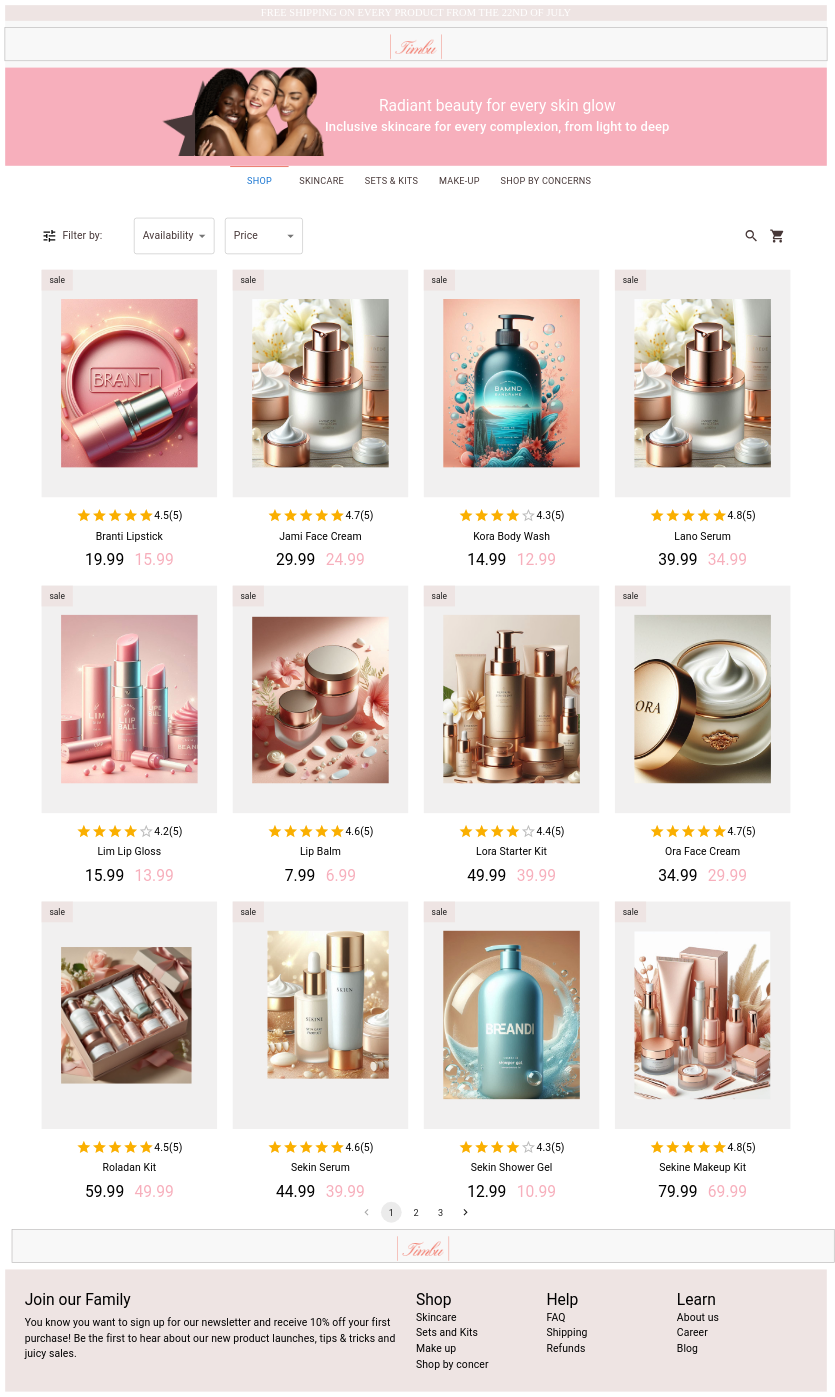
Repository: Armstrong2035/hng-project-two
Page: / (app in timbu-store/)
These files come from the project's save history. The page is drawn as it stood at one moment and after the next save; the edit follows.
The browser window is 1280 px wide. The page is 1284 px wide, so the pictures cover 1284 px, including what lies to the right of the window. The pictures show the whole page, at 65% of full size.
The project was rebuilt for these pictures with package versions that can differ from the ones it lists, and the page was loaded fresh each time. The framework's server and built-in components were replaced by stand-ins that run in the browser. Also part of the build but not shown: timbu-store/next.config.mjs, timbu-store/src/app/fonts.css, timbu-store/components/Products/FiltersMobile.js.

Above is the page before, as saved 2024-07-10 01:19:23.

After the next save:
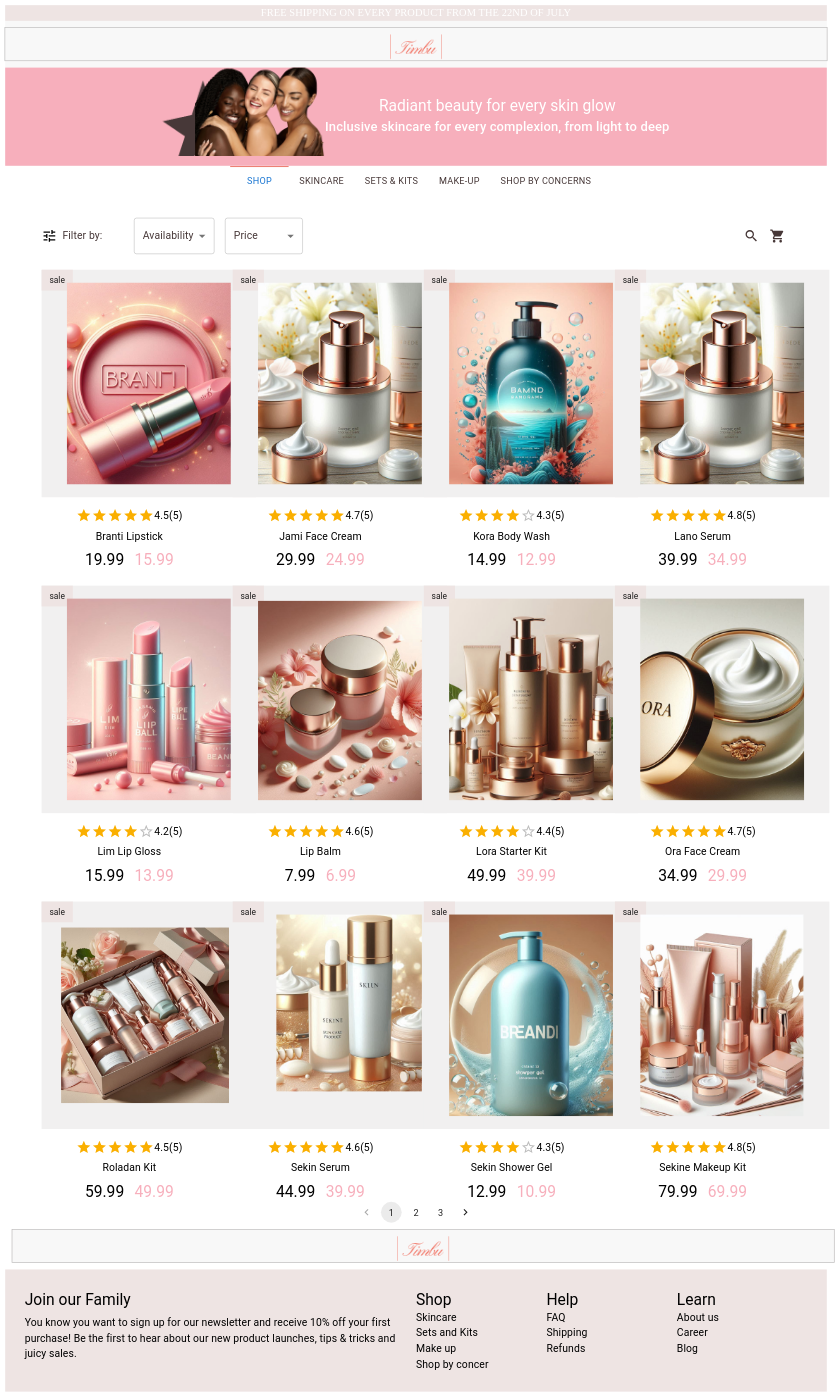
Saved 2 min 19 s later.
--- a/timbu-store/components/Products/ProductList.js
+++ b/timbu-store/components/Products/ProductList.js
@@ -66,13 +66,20 @@
                           "&:hover .add-to-cart": {
                             opacity: 1,
                           },
-
                           "&:hover": {
                             backgroundColor: "#E6DFDF",
                           },
-
-                          height: "18.125rem",
-                          padding: "1.875rem 1.875rem",
+                          height: {
+                            xs: "200px", // Smaller height for extra small screens
+                            sm: "250px", // Slightly larger for small screens
+                            md: "290px", // Original height for medium screens and up
+                          },
+                          padding: {
+                            xs: "1rem", // Less padding for extra small screens
+                            sm: "1.5rem", // Slightly more padding for small screens
+                            md: "1.875rem 1.875rem", // Original padding for medium screens and up
+                          },
+                          width: "100%", // Ensure the box takes full width of its container
                         }}
                         elevation={"none"}
                       >

After the save that followed:
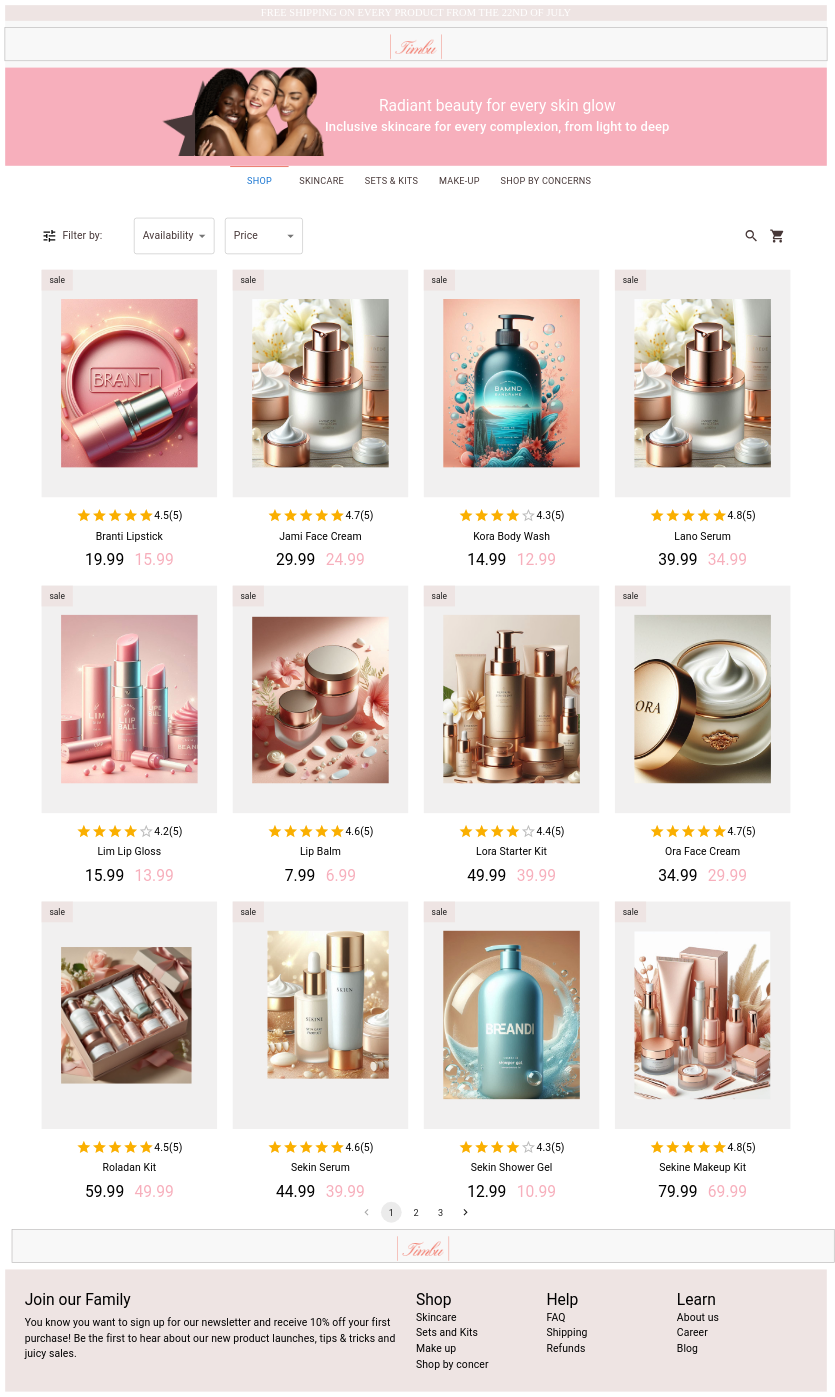
Saved 18 s later.
--- a/timbu-store/components/Products/ProductList.js
+++ b/timbu-store/components/Products/ProductList.js
@@ -66,20 +66,13 @@
                           "&:hover .add-to-cart": {
                             opacity: 1,
                           },
+
                           "&:hover": {
                             backgroundColor: "#E6DFDF",
                           },
-                          height: {
-                            xs: "200px", // Smaller height for extra small screens
-                            sm: "250px", // Slightly larger for small screens
-                            md: "290px", // Original height for medium screens and up
-                          },
-                          padding: {
-                            xs: "1rem", // Less padding for extra small screens
-                            sm: "1.5rem", // Slightly more padding for small screens
-                            md: "1.875rem 1.875rem", // Original padding for medium screens and up
-                          },
-                          width: "100%", // Ensure the box takes full width of its container
+
+                          height: "18.125rem",
+                          padding: "1.875rem 1.875rem",
                         }}
                         elevation={"none"}
                       >
